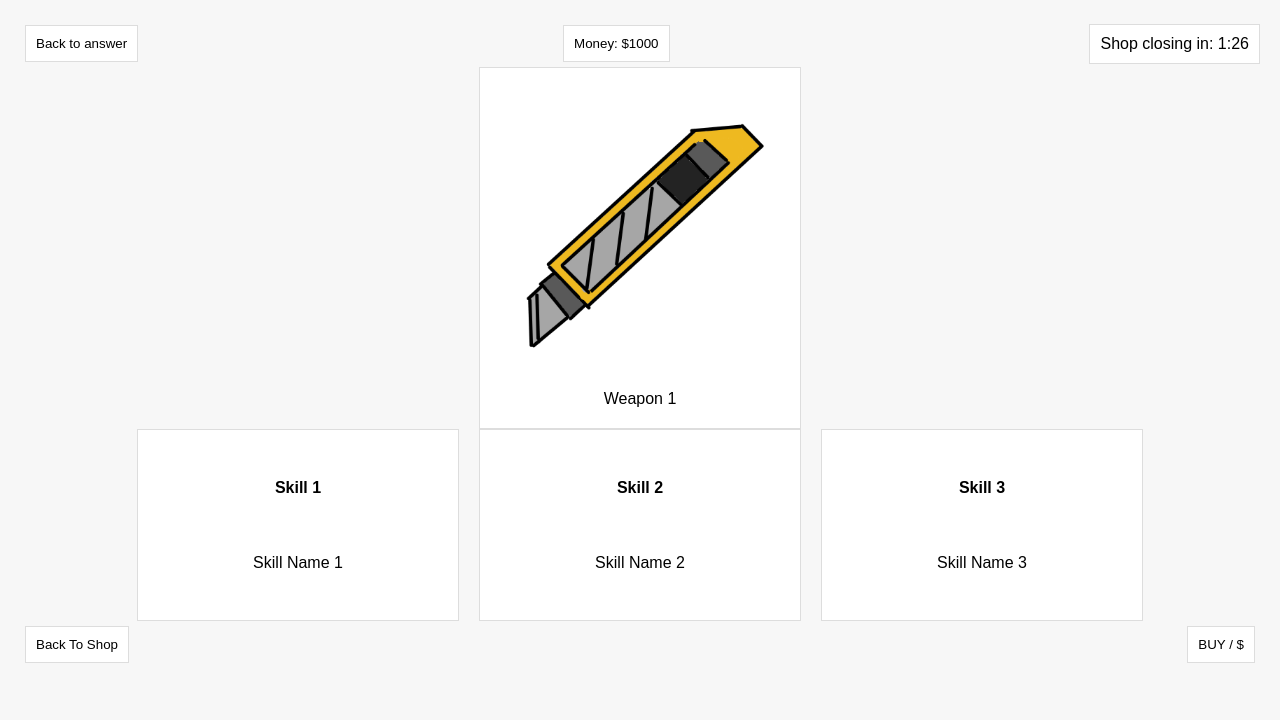
Repository: sean12-2007/Jailbreaker
Page: public/src/pages/shop_skills copy 2.html
These files come from the project's save history. The page is drawn as it stood at one moment and after the next save; the edit follows.
The browser window is 1280 px wide. The pictures show the whole page.

Above is the page before, as saved 2024-08-09 20:20:57.

### public/src/pages/shop_skills copy 2.html
<!DOCTYPE html>
<html lang="en">
<head>
  <meta charset="UTF-8">
  <meta name="viewport" content="width=device-width, initial-scale=1.0">
  <title>Weapon Shop</title>
  <style>
    body {
      font-family: Arial, sans-serif;
      margin: 0;
      padding: 20px;
      background: #f7f7f7;
    }
    .container {
      display: flex;
      justify-content: space-between;
      align-items: center;
      gap: 20px;
    }
    .button {
      padding: 10px;
      margin: 5px;
      border: 1px solid #ddd;
      background-color: #fff;
      cursor: pointer;
      text-align: center;
    }
    .weapon-container {
      display: flex;
      justify-content: center;
      align-items: center;
      gap: 20px;
      width: 100%;
    }
    .weapon {
      width: 280px;
      height: 320px;
      border: 1px solid #ddd;
      background: #fff;
      display: flex;
      flex-direction: column;
      justify-content: space-between;
      align-items: center;
      padding: 20px;
    }
    .weapon img {
      width: 100%;
      height: auto;
    }
    .skill-container {
      display: flex;
      justify-content: center;
      align-items: center;
      gap: 20px;
      width: 100%;
    }
    .skill {
      width: 280px;
      height: 150px;
      border: 1px solid #ddd;
      background: #fff;
      display: flex;
      flex-direction: column;
      justify-content: space-around;
      align-items: center;
      padding: 20px;
    }
    .skill-name {
      font-weight: bold;
    }
    .timer-container {
      border: 1px solid #ddd;
      background: #fff;
      padding: 10px;
      text-align: center;
    }
  </style>
</head>
<body>
  <div class="container">
    <button class="button">Back to answer</button>
    <button class="button">Money: $1000</button>
    <div class="timer-container">
      <div id="startTimer">Shop closing timer</div>
    </div>
  </div>
  <div class="weapon-container">
    <div class="weapon">
      <img src="/images/artknife.png" alt="Weapon 1" />
      <div>Weapon 1</div>
    </div>
  </div>
  <div class="skill-container">
    <div class="skill">
      <div class="skill-name">Skill 1</div>
      <div>Skill Name 1</div>
    </div>
    <div class="skill">
      <div class="skill-name">Skill 2</div>
      <div>Skill Name 2</div>
    </div>
    <div class="skill">
      <div class="skill-name">Skill 3</div>
      <div>Skill Name 3</div>
    </div>
  </div>

  <div class="container">
    <button class="button" onclick="goToShop()">Back To Shop</button>
    <button class="button" onclick="buySkills()">BUY / $</button>
  </div>

  <script>
    // Variables to store the timer state
    let timeRemaining = 90; // 1.5 minutes in seconds
    let timerInterval = null;

    function goToShop() {
      window.location.href = 'shop.html'; // Redirect to shop.html
    }

    // Function to simulate buying skills and updating money
    function buySkills() {
      // Implement the function to buy skills
      // Update money variable as needed
      updateMoneyDisplay()
    }

    // Function to update the money display
    function updateMoneyDisplay() {
      // Assuming you have a variable 'money' to store the money amount
      document.querySelector('.button:nth-child(2)').textContent = `Money: $${money}`;
    }

    // Function to update the timer display
    function updateTimerDisplay(minutes, seconds) {
      document.getElementById('startTimer').textContent = `Shop closing in: ${minutes}:${seconds.toString().padStart(2, '0')}`;
    }

    // Function to start the countdown
    function startCountdown() {
      // Only start the timer if it's not already running
      if (timerInterval === null) {
        timerInterval = setInterval(function() {
          const minutes = Math.floor(timeRemaining / 60);
          const seconds = timeRemaining % 60;
          updateTimerDisplay(minutes, seconds);
          if (timeRemaining > 0) {
            timeRemaining -= 1;
          } else {
            clearInterval(timerInterval);
            timerInterval = null;
            alert("Time's up!");
          }
        }, 1000);
      }
    }

    // Event listener for the start button
    document.getElementById('startTimer').addEventListener('click', startCountdown);

    // Start the countdown timer as soon as the page loads
    startCountdown();
  </script>
</body>
</html>

After the next save:
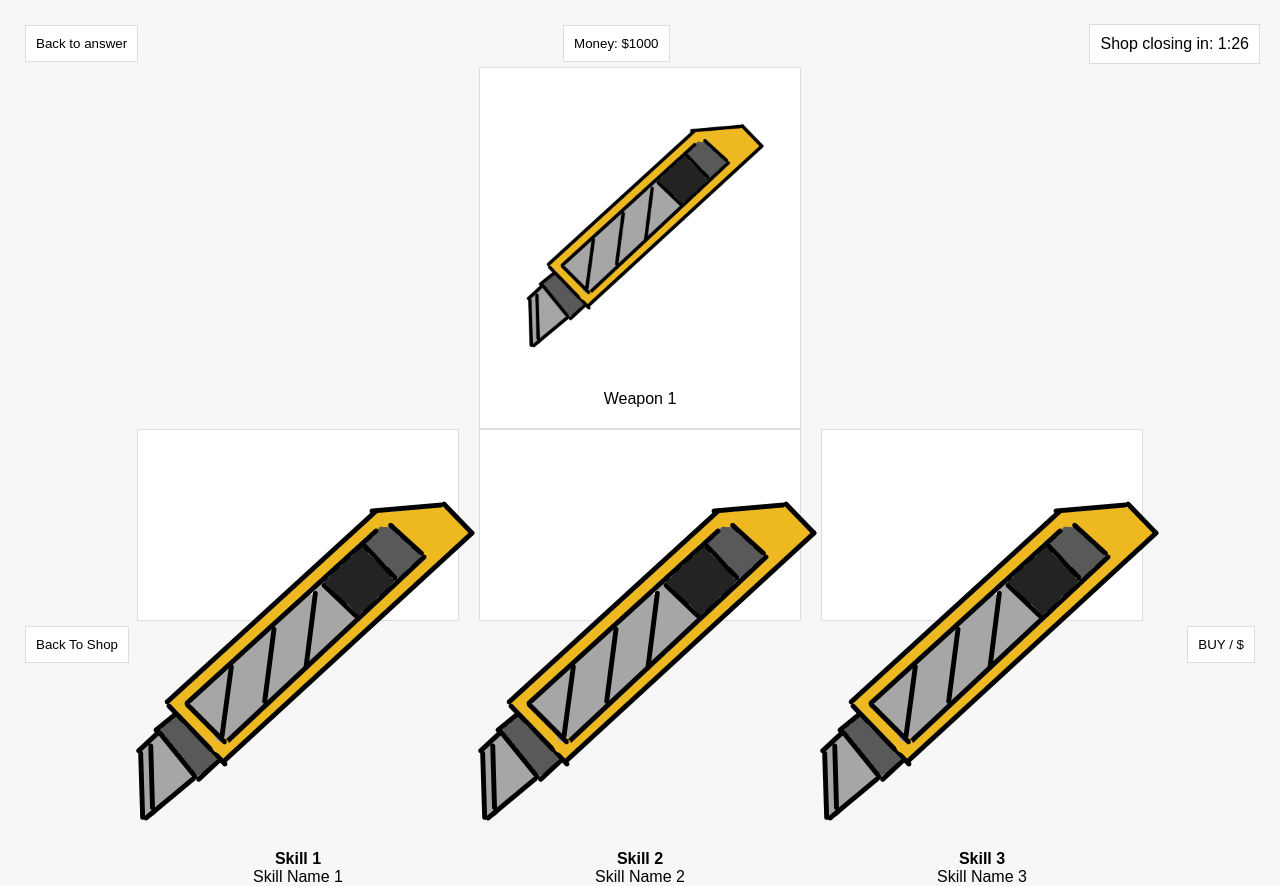
Saved 3 min 54 s later.
--- a/public/src/pages/shop_skills copy 2.html
+++ b/public/src/pages/shop_skills copy 2.html
@@ -92,14 +92,17 @@
   </div>
   <div class="skill-container">
     <div class="skill">
+      <img src="/images/artknife.png" alt="Weapon 1" />
       <div class="skill-name">Skill 1</div>
       <div>Skill Name 1</div>
     </div>
     <div class="skill">
+      <img src="/images/artknife.png" alt="Weapon 1" />
       <div class="skill-name">Skill 2</div>
       <div>Skill Name 2</div>
     </div>
     <div class="skill">
+      <img src="/images/artknife.png" alt="Weapon 1" />
       <div class="skill-name">Skill 3</div>
       <div>Skill Name 3</div>
     </div>
